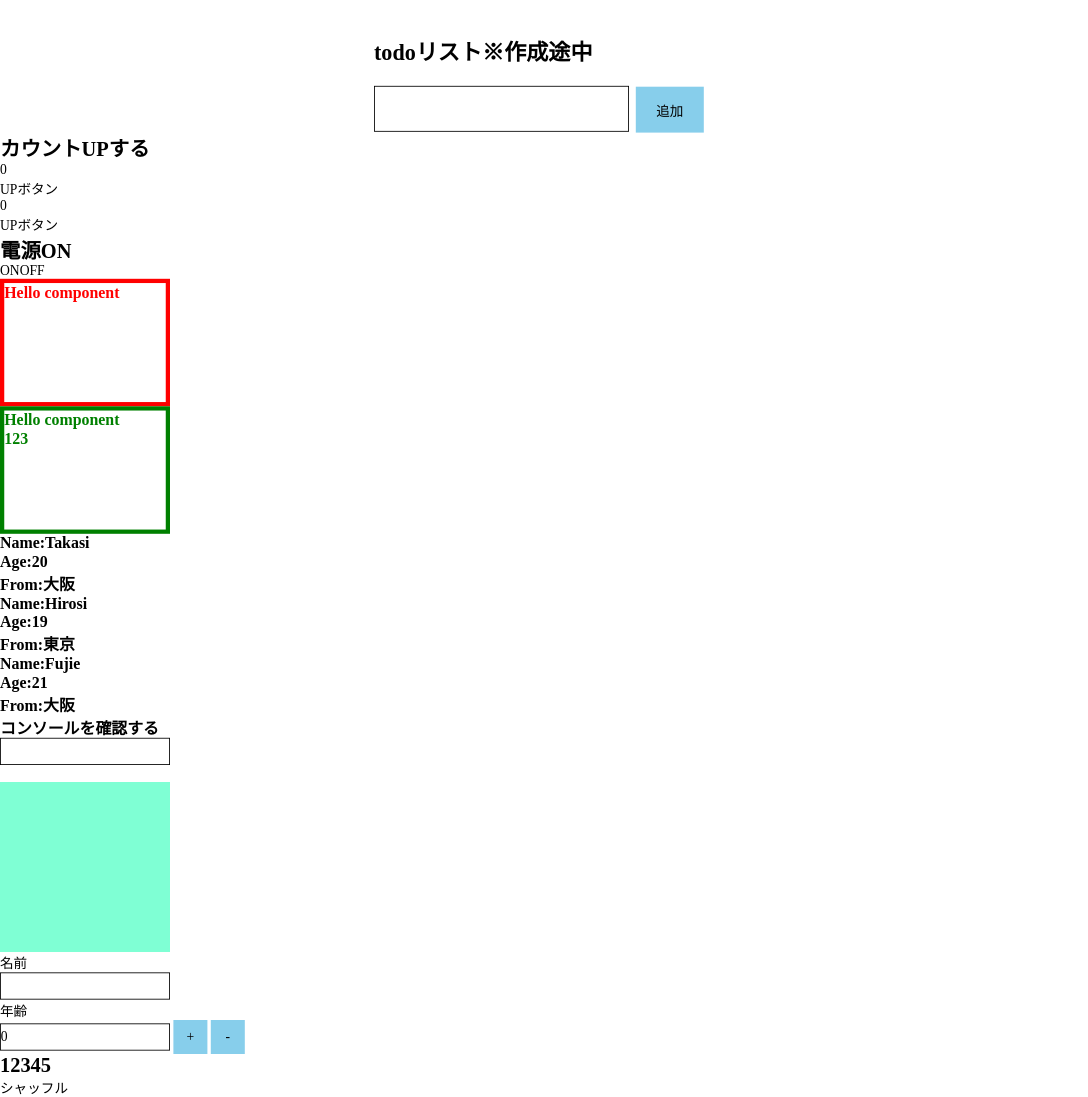
Repository: FujieRyou/react_practice
Page: /
These files come from the project's save history. The page is drawn as it stood at one moment and after the next save; the edit follows.
The browser window is 1280 px wide. The pictures show the whole page, at 85% of full size.
The project was rebuilt for these pictures with package versions that can differ from the ones it lists, and the page was loaded fresh each time. Also part of the build but not shown: vite.config.js, src/components/testComponent.jsx.

Above is the page before, as saved 2023-01-23 14:15:56.

### src/App.jsx
import { useEffect } from "react"
import { useRef } from "react"
import { useState } from "react"
import TestComponent from "./components/testComponent"
import styles from "./scss/style.scss"
import Todolist from "./components/todoComponent"
import CountUp from "./components/countUp"
import SwitchFlag from "./components/switchFlag"
import PropsPractice from "./components/props1"
import Profile from "./components/profile"
import ChangeIvent from "./components/ivent"
import InputInterlocking from "./components/inputInterlocking"
import ShuffleNumArray from "./components/ShuffleNumArray"


const App = () =>{
  const profileInfo = [
    {name:"Takasi",age:20,from:"大阪"},
    {name:"Hirosi",age:19,from:"東京"},
    {name:"Musasi",age:21,from:"名古屋"},
]


  return(
    <div>
      {/* todolist作成中 */}
      <Todolist />

      {/* 押すたびにcountがupする(useState練習) */}
      < CountUp />

      {/* 押すたびにON,OFFがきりかわる(useState練習) */}
      <SwitchFlag />

    {/* props練習 */}
    <PropsPractice color="red"/>
    <PropsPractice num={123}/>

    <Profile
      name={profileInfo[0].name}
      age={profileInfo[0].age}
      from={profileInfo[0].from}
    />

    <Profile
      {...profileInfo[1]}
    />

    <Profile/>

    <ChangeIvent />

    <InputInterlocking />

    <ShuffleNumArray />

    </div>






  )
}


export default App

### src/scss/style.scss
@forward "_ress";

input{
    border: solid 1px black;
    width: 200px;
    height: 32px;
}

.btn{
    width: 56px;
    height: 32px;
    background-color: aquamarine;
}

.list{
    width: 200px;
    height: 100px;
    background-color: tomato;
    border: solid 1px skyblue;
    padding: 10px 12px;
    list-style-type: none;
}

.component{
    width: 200px;
    height: 150px;
    border: solid 5px green;
    color: green;
}
.component.red{
    width: 200px;
    height: 150px;
    border: solid 5px red;
    color: red;
}

.mouseInOut{
    width: 200px;
    height: 200px;
    background-color: aquamarine;
    margin-top: 20px;
}

.todoWrap{
    width: 400px;
    height: auto;
    margin: 0 auto;
    padding-top: 40px;
    h2{
        font-size: 26px;
    }
}

.addBtn{
    width: 80px;
    height: 54px;
    background-color: skyblue;
    margin-left: 8px;
}

.txtArea{
    width: 300px;
    height: 54px;
    margin-top: 24px;
    font-size: 24px;
}

.additionBtn{
    width: 40px;
    height: 40px;
    background-color: skyblue;
    margin-left: 4px;
}

### src/components/todoComponent.jsx
import style from "../scss/style.scss"
import { useState } from "react";

const Todolist = () =>{
    const [val, setVal] = useState();

    return(
        <div className="todoWrap">
            <h2>todoリスト※作成途中</h2>
            <input type="text" id="txtArea" className="txtArea" />
            <button type="button" id="addBtn" className="addBtn">追加</button>
            <div id="listWrap">
            </div>
        </div>
    )
}

export default Todolist;

### src/components/countUp.jsx
import { useState } from "react"

const CountUp = () =>{
    // ユーザの動きに合わせて変わる値のことをstateという。
    // useStateは値を保持、更新ができる
    const [count,setCount] = useState(0);
    const [count2,setCount2] = useState(0);
    return(
        <div>
            <h2>カウントUPする</h2>
            <p>{count}</p>
            <button onClick={()=>{setCount(count+1)}}>UPボタン</button>
            <p>{count2}</p>
            <button onClick={()=>{setCount2(count2+1)}}>UPボタン</button>
        </div>
    )
}


export default CountUp;

### src/components/switchFlag.jsx
import { useState } from "react"

const SwitchFlag = () =>{
    const [onOff,setOnOff] = useState(flg(true))
    function flg(btn){
        return (btn ? "ON" : "OFF")
    }
    return(
        <div>
            <h2>電源{onOff}</h2>
            <button onClick={()=>{setOnOff(flg(true))}}>ON</button>
            <button onClick={()=>{setOnOff(flg(false))}}>OFF</button>
        </div>
    )
}

export default SwitchFlag

### src/components/props1.jsx
import style from "../scss/style.scss";

const PropsPractice = (props) =>{
    return(
        <div className={`component ${props.color}`}>
            <h3>Hello component</h3>
            <h3>{props.num}</h3>
        </div>
    )
}

export default PropsPractice;

### src/components/profile.jsx
const Profile = ({name="Fujie",age=21,from="大阪"}) =>{
    return(
        <div>
            <h3>Name:{name}</h3>
            <h3>Age:{age}</h3>
            <h3>From:{from}</h3>
        </div>
    )
}

export default Profile

### src/components/ivent.jsx
import style from "../scss/style.scss"

const ChangeIvent = () =>{

    return(
        <div>
            <h3>コンソールを確認する</h3>
            <input type="text"
            // onChange=>input内に入力されるたび感知
            onChange={() => console.log("onChange感知")}

            // onBlur=>focusが外れるたびに感知
            onBlur={(e)=>console.log(e.target.value)}

            // onFocus=>focusに感知
            onFocus={()=> console.log("onFocus感知")}
            />

            <div
            className="mouseInOut"
            onMouseEnter={()=> console.log("カーソルが入ってきました")}
            onMouseLeave={()=> console.log("カーソルがでました")}
            ></div>
        </div>
    )
}

export default ChangeIvent

### src/components/inputInterlocking.jsx
import { useState } from "react";
import style from "../scss/style.scss"

const InputInterlocking = () =>{
    let [nameVal,setNameVal] = useState()
    let [age,setAge] = useState(0)
    return(
        <div>
            <p>名前{nameVal}</p>
            <input type="text" onChange={(e)=>{
                setNameVal(e.target.value)
            }}/>

            <p>年齢{}</p>
            <input type="text" value={age}/>
            <button type="button" className="additionBtn" onClick={()=>{
                setAge(age+1)
            }}>+</button>
            <button type="button" className="additionBtn" onClick={()=>{
                setAge(age-1)
            }}>-</button>
        </div>
    )
}

export default InputInterlocking

### src/components/ShuffleNumArray.jsx
import { useState } from "react"

const ShuffleNumArray = () =>{
    const numArray = [1,2,3,4,5]
    const [num ,setNum] = useState(numArray)
    console.log(num);
    const shuffle = () =>{
        const newNums = [...num];
        const value = newNums.pop();
        newNums.unshift(value)
        setNum(newNums)
    }
    return(
        <div>
            <h2>{num}</h2>
            <button type="button" onClick={shuffle}>シャッフル</button>
        </div>
    )
}

export default ShuffleNumArray

### src/scss/_ress.scss
/*!
 * ress.css • v4.0.0
 * MIT License
 * github.com/filipelinhares/ress
 */

/* # =================================================================
   # Global selectors
   # ================================================================= */

   html {
    box-sizing: border-box;
    -webkit-text-size-adjust: 100%; /* Prevent adjustments of font size after orientation changes in iOS */
    word-break: normal;
    -moz-tab-size: 4;
    tab-size: 4;
  }

  *,
  ::before,
  ::after {
    background-repeat: no-repeat; /* Set `background-repeat: no-repeat` to all elements and pseudo elements */
    box-sizing: inherit;
  }

  ::before,
  ::after {
    text-decoration: inherit; /* Inherit text-decoration and vertical align to ::before and ::after pseudo elements */
    vertical-align: inherit;
  }

  * {
    padding: 0; /* Reset `padding` and `margin` of all elements */
    margin: 0;
  }

  /* # =================================================================
     # General elements
     # ================================================================= */

  hr {
    overflow: visible; /* Show the overflow in Edge and IE */
    height: 0; /* Add the correct box sizing in Firefox */
    color: inherit; /* Correct border color in Firefox. */
  }

  details,
  main {
    display: block; /* Render the `main` element consistently in IE. */
  }

  summary {
    display: list-item; /* Add the correct display in all browsers */
  }

  small {
    font-size: 80%; /* Set font-size to 80% in `small` elements */
  }

  [hidden] {
    display: none; /* Add the correct display in IE */
  }

  abbr[title] {
    border-bottom: none; /* Remove the bottom border in Chrome 57 */
    /* Add the correct text decoration in Chrome, Edge, IE, Opera, and Safari */
    text-decoration: underline;
    text-decoration: underline dotted;
  }

  a {
    background-color: transparent; /* Remove the gray background on active links in IE 10 */
  }

  a:active,
  a:hover {
    outline-width: 0; /* Remove the outline when hovering in all browsers */
  }

  code,
  kbd,
  pre,
  samp {
    font-family: monospace, monospace; /* Specify the font family of code elements */
  }

  pre {
    font-size: 1em; /* Correct the odd `em` font sizing in all browsers */
  }

  b,
  strong {
    font-weight: bolder; /* Add the correct font weight in Chrome, Edge, and Safari */
  }

  /* https://gist.github.com/unruthless/413930 */
  sub,
  sup {
    font-size: 75%;
    line-height: 0;
    position: relative;
    vertical-align: baseline;
  }

  sub {
    bottom: -0.25em;
  }

  sup {
    top: -0.5em;
  }

  table {
    border-color: inherit; /* Correct border color in all Chrome, Edge, and Safari. */
    text-indent: 0; /* Remove text indentation in Chrome, Edge, and Safari */
  }

  /* # =================================================================
     # Forms
     # ================================================================= */

  input {
    border-radius: 0;
  }

  /* Replace pointer cursor in disabled elements */
  [disabled] {
    cursor: default;
  }

  [type='number']::-webkit-inner-spin-button,
  [type='number']::-webkit-outer-spin-button {
    height: auto; /* Correct the cursor style of increment and decrement buttons in Chrome */
  }

  [type='search'] {
    -webkit-appearance: textfield; /* Correct the odd appearance in Chrome and Safari */
    outline-offset: -2px; /* Correct the outline style in Safari */
  }

  [type='search']::-webkit-search-decoration {
    -webkit-appearance: none; /* Remove the inner padding in Chrome and Safari on macOS */
  }

  textarea {
    overflow: auto; /* Internet Explorer 11+ */
    resize: vertical; /* Specify textarea resizability */
  }

  button,
  input,
  optgroup,
  select,
  textarea {
    font: inherit; /* Specify font inheritance of form elements */
  }

  optgroup {
    font-weight: bold; /* Restore the font weight unset by the previous rule */
  }

  button {
    overflow: visible; /* Address `overflow` set to `hidden` in IE 8/9/10/11 */
  }

  button,
  select {
    text-transform: none; /* Firefox 40+, Internet Explorer 11- */
  }

  /* Apply cursor pointer to button elements */
  button,
  [type='button'],
  [type='reset'],
  [type='submit'],
  [role='button'] {
    cursor: pointer;
    color: inherit;
  }

  /* Remove inner padding and border in Firefox 4+ */
  button::-moz-focus-inner,
  [type='button']::-moz-focus-inner,
  [type='reset']::-moz-focus-inner,
  [type='submit']::-moz-focus-inner {
    border-style: none;
    padding: 0;
  }

  /* Replace focus style removed in the border reset above */
  button:-moz-focusring,
  [type='button']::-moz-focus-inner,
  [type='reset']::-moz-focus-inner,
  [type='submit']::-moz-focus-inner {
    outline: 1px dotted ButtonText;
  }

  button,
  html [type='button'], /* Prevent a WebKit bug where (2) destroys native `audio` and `video`controls in Android 4 */
  [type='reset'],
  [type='submit'] {
    -webkit-appearance: button; /* Correct the inability to style clickable types in iOS */
  }

  /* Remove the default button styling in all browsers */
  button,
  input,
  select,
  textarea {
    background-color: transparent;
    border-style: none;
  }

  a:focus,
  button:focus,
  input:focus,
  select:focus,
  textarea:focus {
    outline-width: 0;
  }

  /* Style select like a standard input */
  select {
    -moz-appearance: none; /* Firefox 36+ */
    -webkit-appearance: none; /* Chrome 41+ */
  }

  select::-ms-expand {
    display: none; /* Internet Explorer 11+ */
  }

  select::-ms-value {
    color: currentColor; /* Internet Explorer 11+ */
  }

  legend {
    border: 0; /* Correct `color` not being inherited in IE 8/9/10/11 */
    color: inherit; /* Correct the color inheritance from `fieldset` elements in IE */
    display: table; /* Correct the text wrapping in Edge and IE */
    max-width: 100%; /* Correct the text wrapping in Edge and IE */
    white-space: normal; /* Correct the text wrapping in Edge and IE */
    max-width: 100%; /* Correct the text wrapping in Edge 18- and IE */
  }

  ::-webkit-file-upload-button {
    /* Correct the inability to style clickable types in iOS and Safari */
    -webkit-appearance: button;
    color: inherit;
    font: inherit; /* Change font properties to `inherit` in Chrome and Safari */
  }

  /* # =================================================================
     # Specify media element style
     # ================================================================= */

  img {
    border-style: none; /* Remove border when inside `a` element in IE 8/9/10 */
  }

  /* Add the correct vertical alignment in Chrome, Firefox, and Opera */
  progress {
    vertical-align: baseline;
  }

  /* # =================================================================
     # Accessibility
     # ================================================================= */

  /* Specify the progress cursor of updating elements */
  [aria-busy='true'] {
    cursor: progress;
  }

  /* Specify the pointer cursor of trigger elements */
  [aria-controls] {
    cursor: pointer;
  }

  /* Specify the unstyled cursor of disabled, not-editable, or otherwise inoperable elements */
  [aria-disabled='true'] {
    cursor: default;
  }

Loaded but not shown: index.html (common file); src/main.jsx (common file)

After the next save:
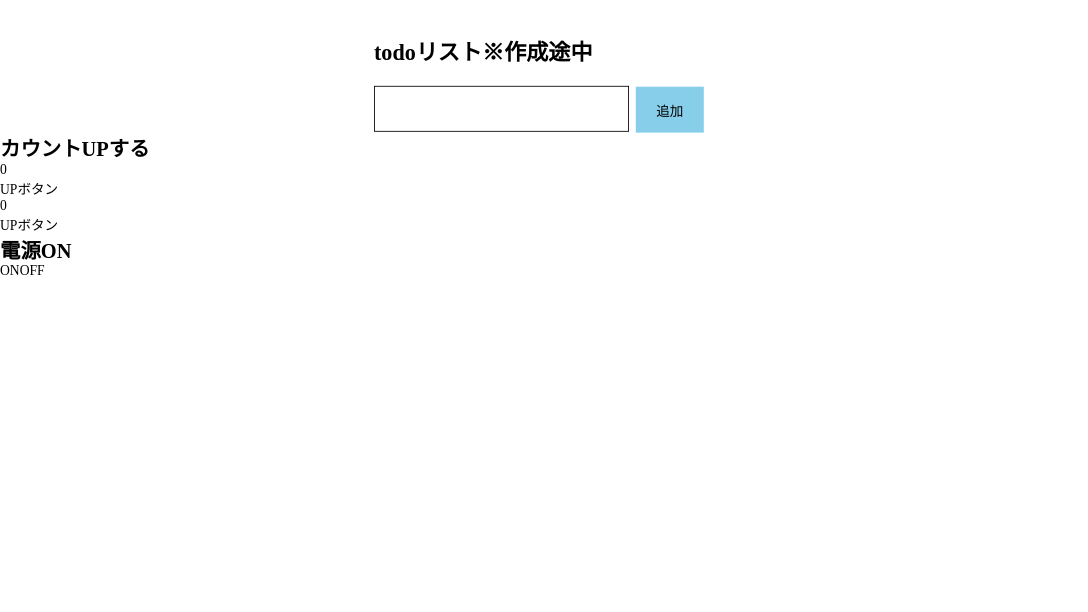
Saved 18 s later.
--- a/src/App.jsx
+++ b/src/App.jsx
@@ -33,7 +33,7 @@ const App = () =>{
       <SwitchFlag />
 
     {/* props練習 */}
-    <PropsPractice color="red"/>
+    {/* <PropsPractice color="red"/>
     <PropsPractice num={123}/>
 
     <Profile
@@ -52,7 +52,7 @@ const App = () =>{
 
     <InputInterlocking />
 
-    <ShuffleNumArray />
+    <ShuffleNumArray /> */}
 
     </div>
 
